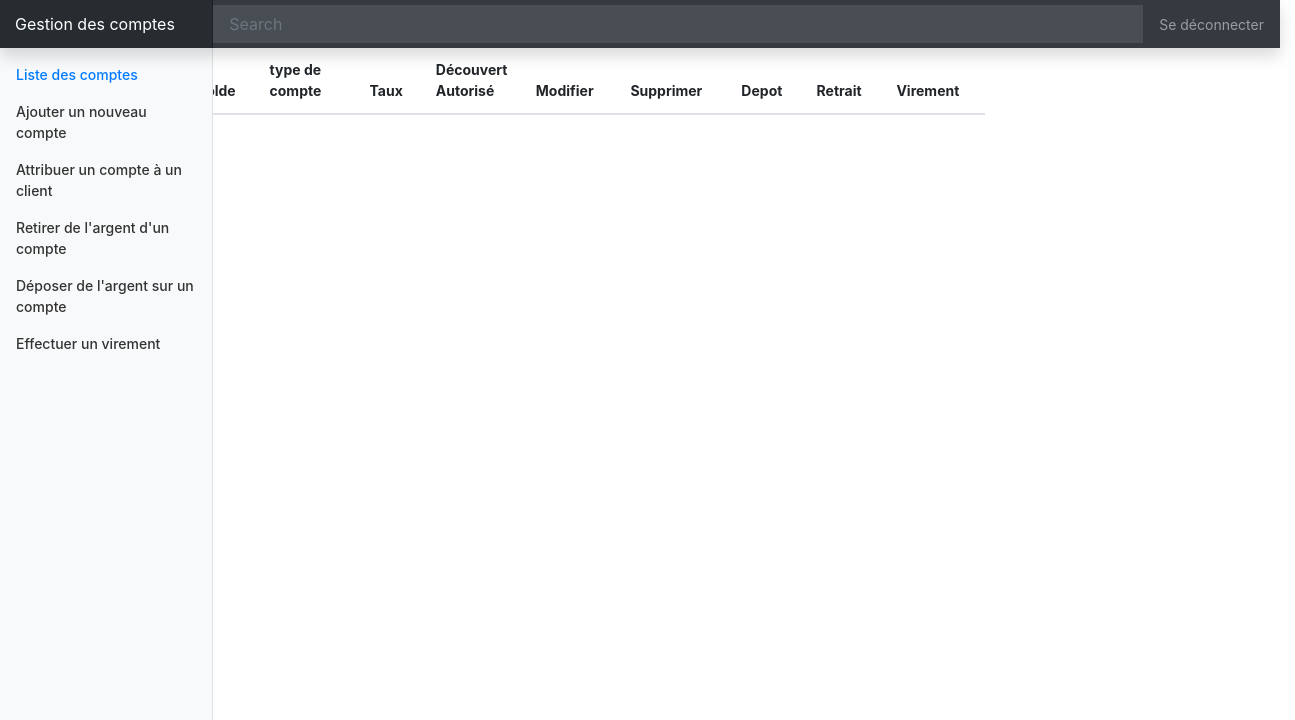
Repository: liiiseee/Projet
Page: http://localhost/02_projet_gestion_clients_compte/menu-comptes.jsp
The author's editor kept a copy of each file at every save. The page is drawn from the files as they stood at one save, then again after the next save.
The browser window is 1280 px wide. The page is 1295 px wide, so the pictures cover 1295 px, including what lies to the right of the window. The pictures show the whole page.
The page is served by Tomcat 9. The template is opened directly, without the code that normally fills it, so the values that code supplies are empty.

Above is the page before, as saved 2020-03-30 15:01:09.

After the next save:
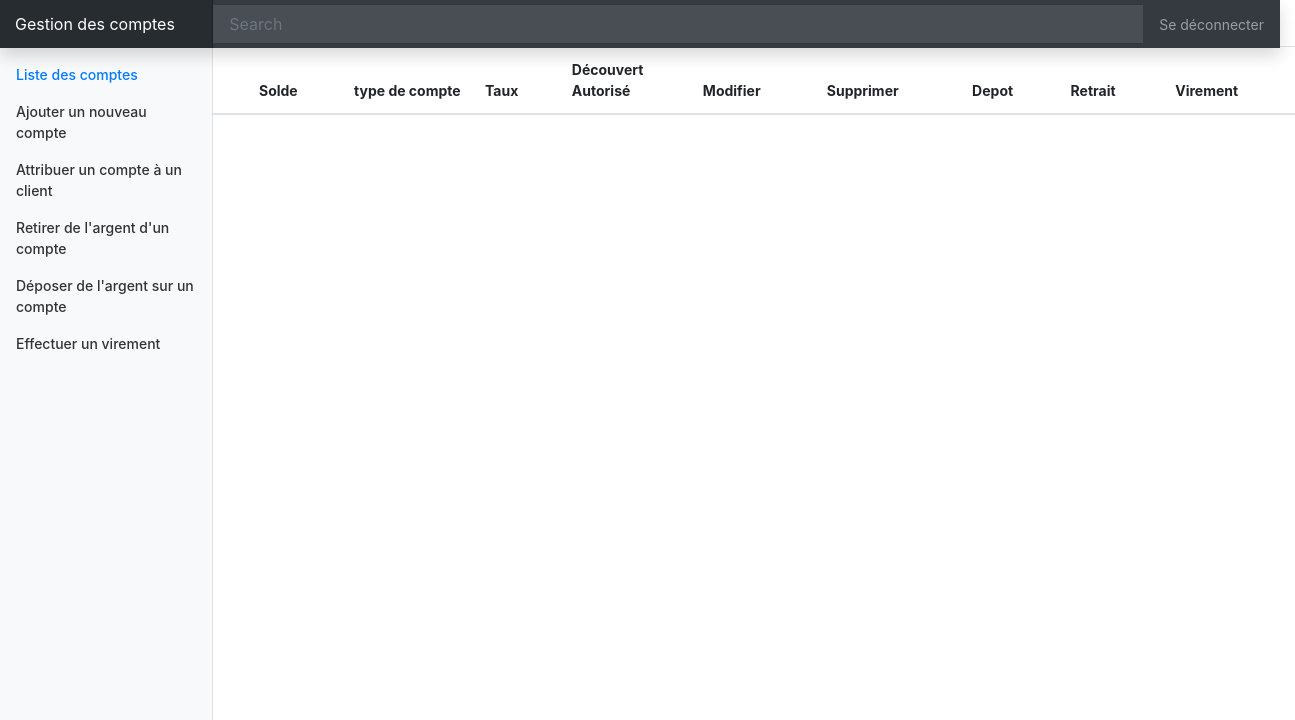
Saved 73 s later.
--- a/02_projet_gestion_clients_compte/WebContent/menu-comptes.jsp
+++ b/02_projet_gestion_clients_compte/WebContent/menu-comptes.jsp
@@ -100,7 +100,7 @@
    <h2>Liste des comptes</h2>
    <div class="row">
      <div class="table-responsive" >
-       <table  class="table table-striped" style="width: 1000px; margin-right: 20px;">
+       <table  class="table table-striped">
 
 
 
